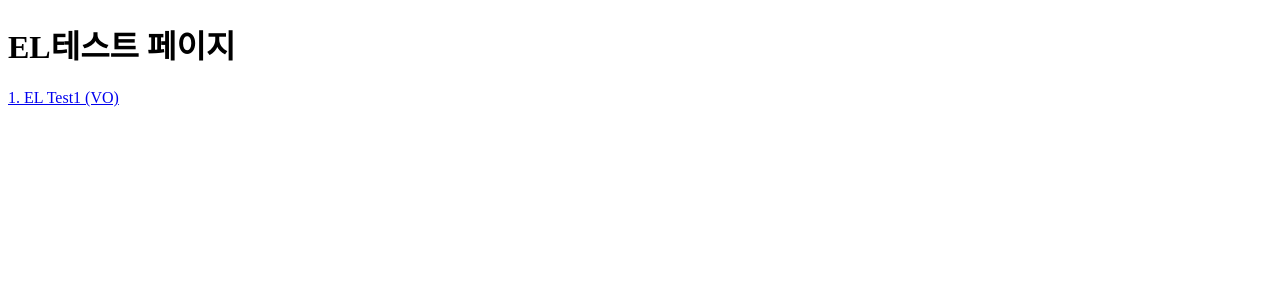
Repository: ajtwls1256/Web-workspace
Page: Day55-jspTag/WebContent/EL/jsp_EL.html
An editor plug-in stored every save of this project. The page is shown before and after the next save, followed by the edit.
The browser window is 1280 px wide. The pictures show the whole page.

Above is the page before, as saved 2019-10-14 01:57:17.

### Day55-jspTag/WebContent/EL/jsp_EL.html
<!DOCTYPE html>
<html>
<head>
<meta charset="UTF-8">
<title>Insert title here</title>
</head>
<body>
	<h1>EL테스트 페이지</h1>
	<a href="/jsp/ELServletTest1">1. EL Test1 (VO)</a>
</body>
</html>

After the next save:
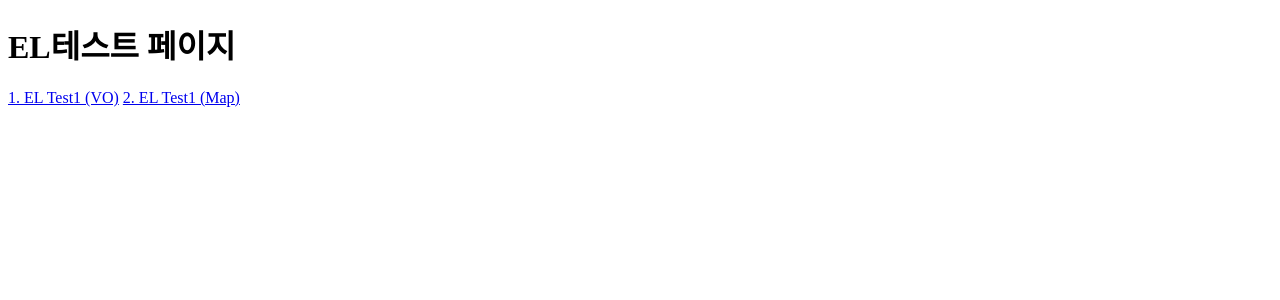
Saved 20 s later.
--- a/Day55-jspTag/WebContent/EL/jsp_EL.html
+++ b/Day55-jspTag/WebContent/EL/jsp_EL.html
@@ -7,5 +7,6 @@
 <body>
 	<h1>EL테스트 페이지</h1>
 	<a href="/jsp/ELServletTest1">1. EL Test1 (VO)</a>
+	<a href="/jsp/ELServletTest2">2. EL Test1 (Map)</a>
 </body>
 </html>
